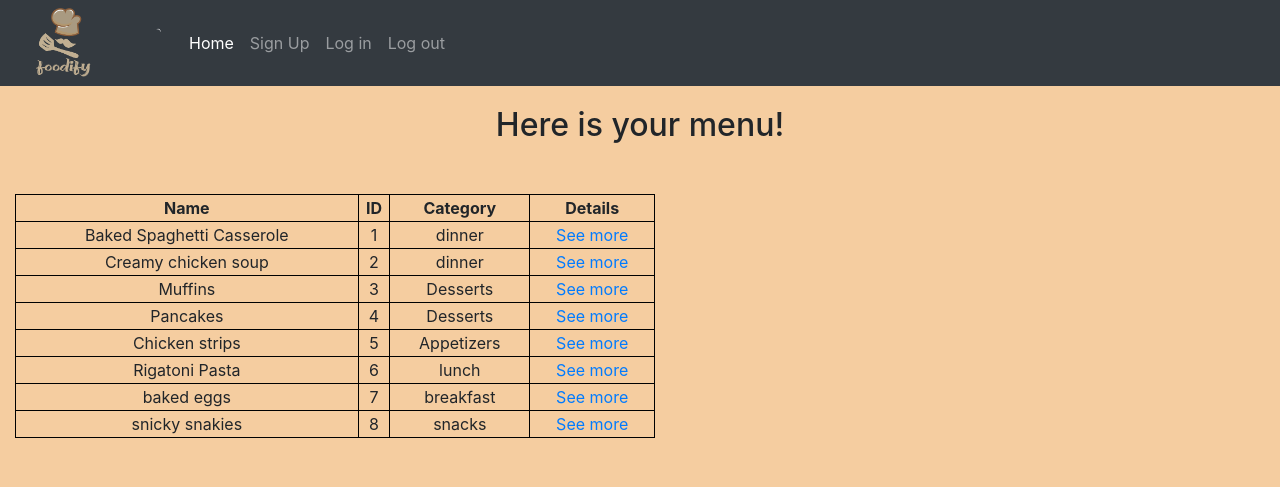
Repository: RanaHisham18/Foodify-Web-App
Page: Project IA raghda/usermenu.html
These files come from the project's save history. The page is drawn as it stood at one moment and after the next save; the edit follows.
The browser window is 1280 px wide. The pictures show the whole page.

Above is the page before, as saved 2022-01-06 18:35:13.

After the next save:
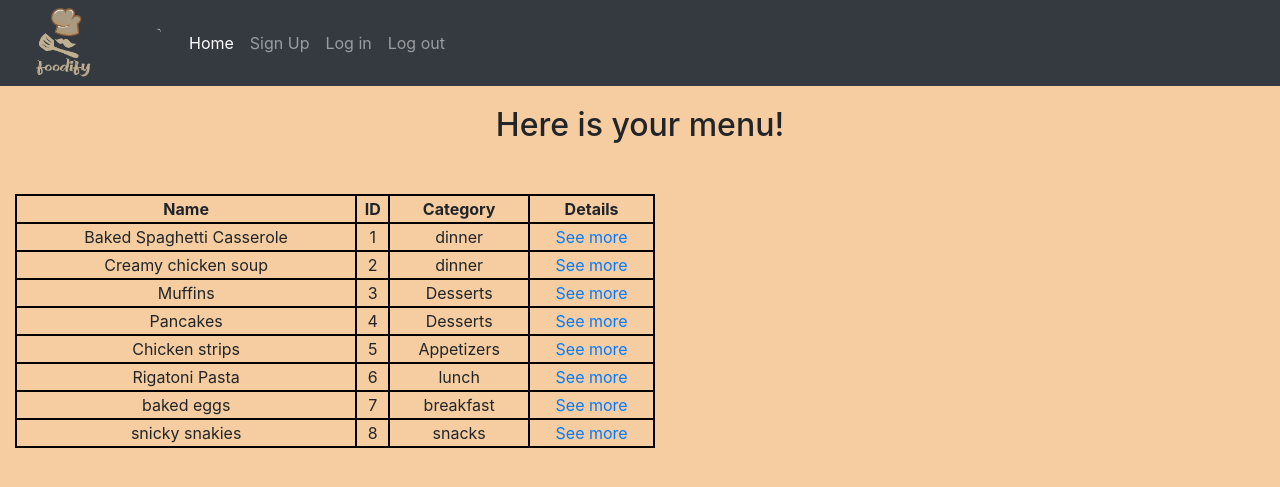
Saved 15 s later.
--- a/Project IA raghda/usermenu.css
+++ b/Project IA raghda/usermenu.css
@@ -17,7 +17,7 @@ h2{
     margin-top:  20px;
 }
 table, th, td {
-    border:1px solid black;
+    border:2px solid black;
   }
 
   .usermenu{
